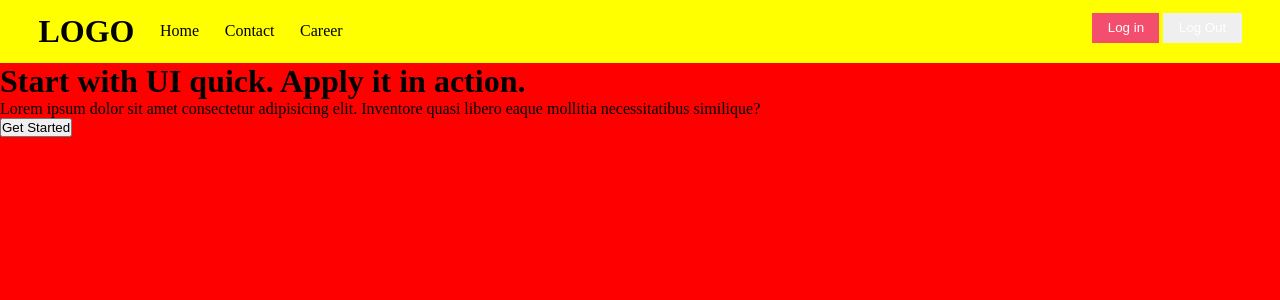
Repository: Ashishchakravartii/landingPage
Page: index.html
The author's editor kept a copy of each file at every save. The page is drawn from the files as they stood at one save, then again after a run of saves.
The browser window is 1280 px wide. The pictures show the whole page.

Above is the page before, as saved 2024-07-24 12:37:19.

After the next 2 saves:
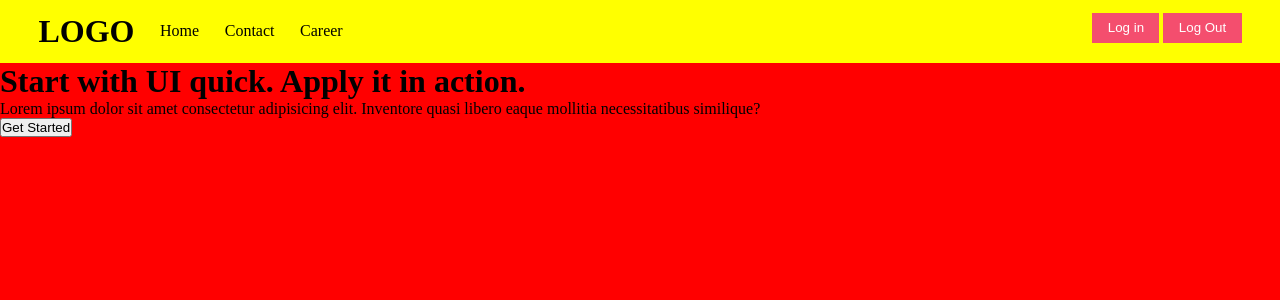
The 2 saves are shown as one change because they came seconds apart.
The last was saved 6 s later.
--- a/style.css
+++ b/style.css
@@ -39,6 +39,6 @@ body{
 .navRight>button:first-child{
     background-color: #F44E6E;
 }
-.navRight>button:first-child{
+.navRight>button:nth-child(2){
     background-color: #F44E6E;
 }
